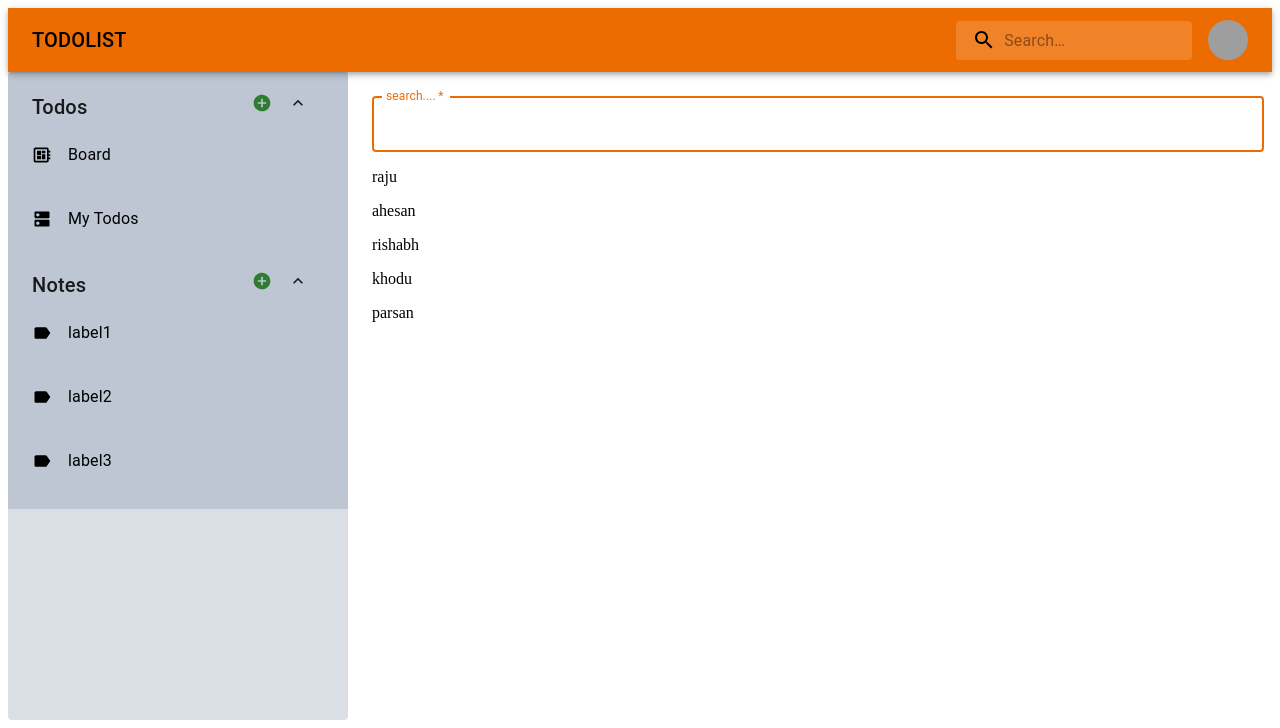
Repository: HrishrathTBS/Trackerbea
Page: / (app in client/)
The author's editor kept a copy of each file at every save. The page is drawn from the files as they stood at one save, then again after the next save.
The browser window is 1280 px wide. The pictures show the whole page.
Pictures or frames that could not be fetched are drawn as grey boxes. The project was rebuilt for these pictures with package versions that can differ from the ones it lists, and the page was loaded fresh each time. Also part of the build but not shown: client/src/components/TodoList.js, client/src/components/Board.js, client/src/components/ListOfBar.js, client/src/components/MyTodos.js, client/src/pages/Label/Label1.js, client/src/pages/Label/Label2.js, client/src/pages/Label/Label3.js.

Above is the page before, as saved 2022-03-10 13:15:35.

After the next save:
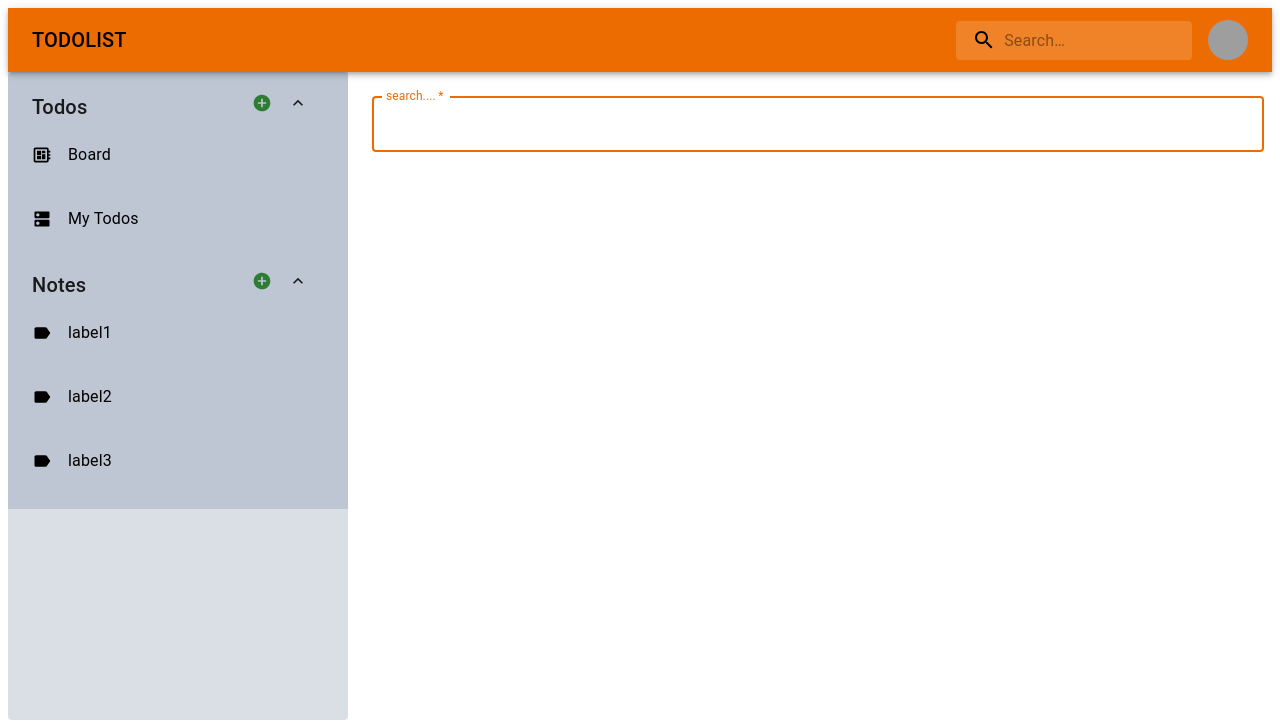
Saved 9 s later.
--- a/client/src/components/Filter.js
+++ b/client/src/components/Filter.js
@@ -23,9 +23,9 @@
       <Grid container justifyContent='center' spacing={2} m={1}>
         <Grid item xs={12}>
           <TextField autoComplete='text' value={search} color='warning' variant='outlined' fullWidth id='search' label='search....' onChange={handleChange} autoFocus required />
-          {teams.map((team) => (
+          {/* {teams.map((team) => (
             <p>{team}</p>
-          ))}
+          ))} */}
         </Grid>
       </Grid>
     </>

After the save that followed:
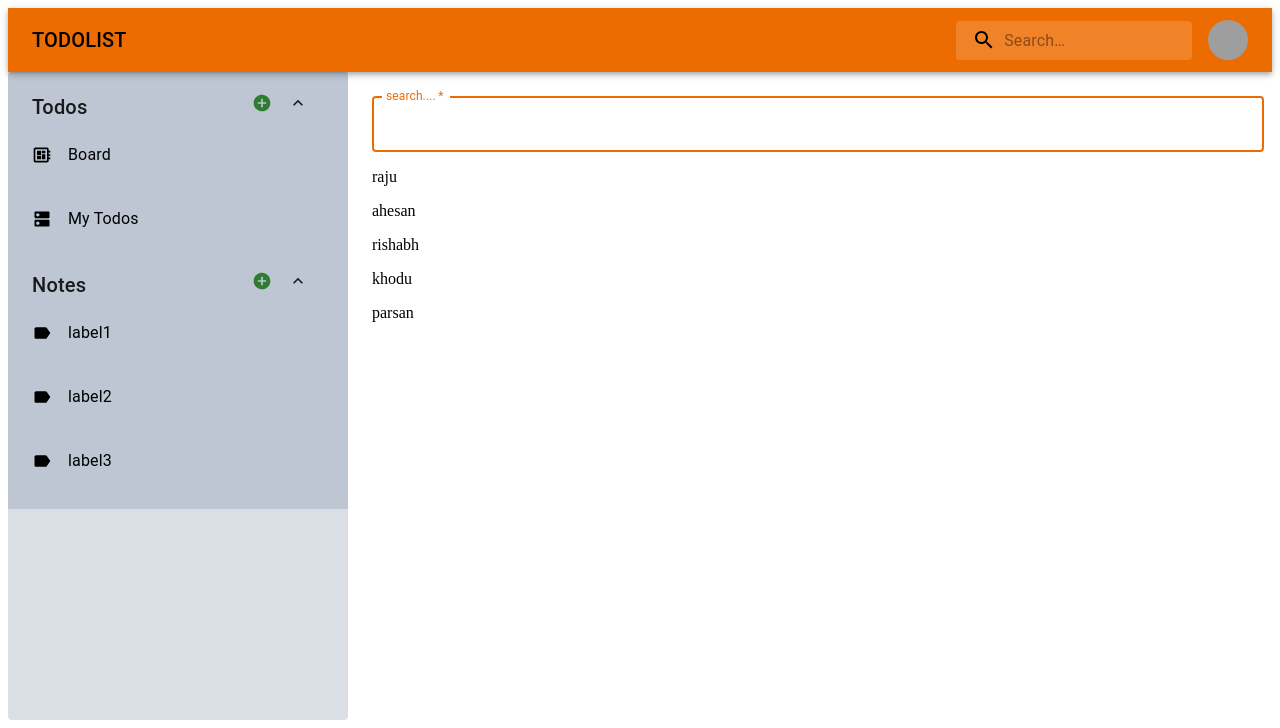
Saved 33 s later.
--- a/client/src/components/Filter.js
+++ b/client/src/components/Filter.js
@@ -23,9 +23,9 @@
       <Grid container justifyContent='center' spacing={2} m={1}>
         <Grid item xs={12}>
           <TextField autoComplete='text' value={search} color='warning' variant='outlined' fullWidth id='search' label='search....' onChange={handleChange} autoFocus required />
-          {/* {teams.map((team) => (
+          {teams.map((team) => (
             <p>{team}</p>
-          ))} */}
+          ))}
         </Grid>
       </Grid>
     </>
